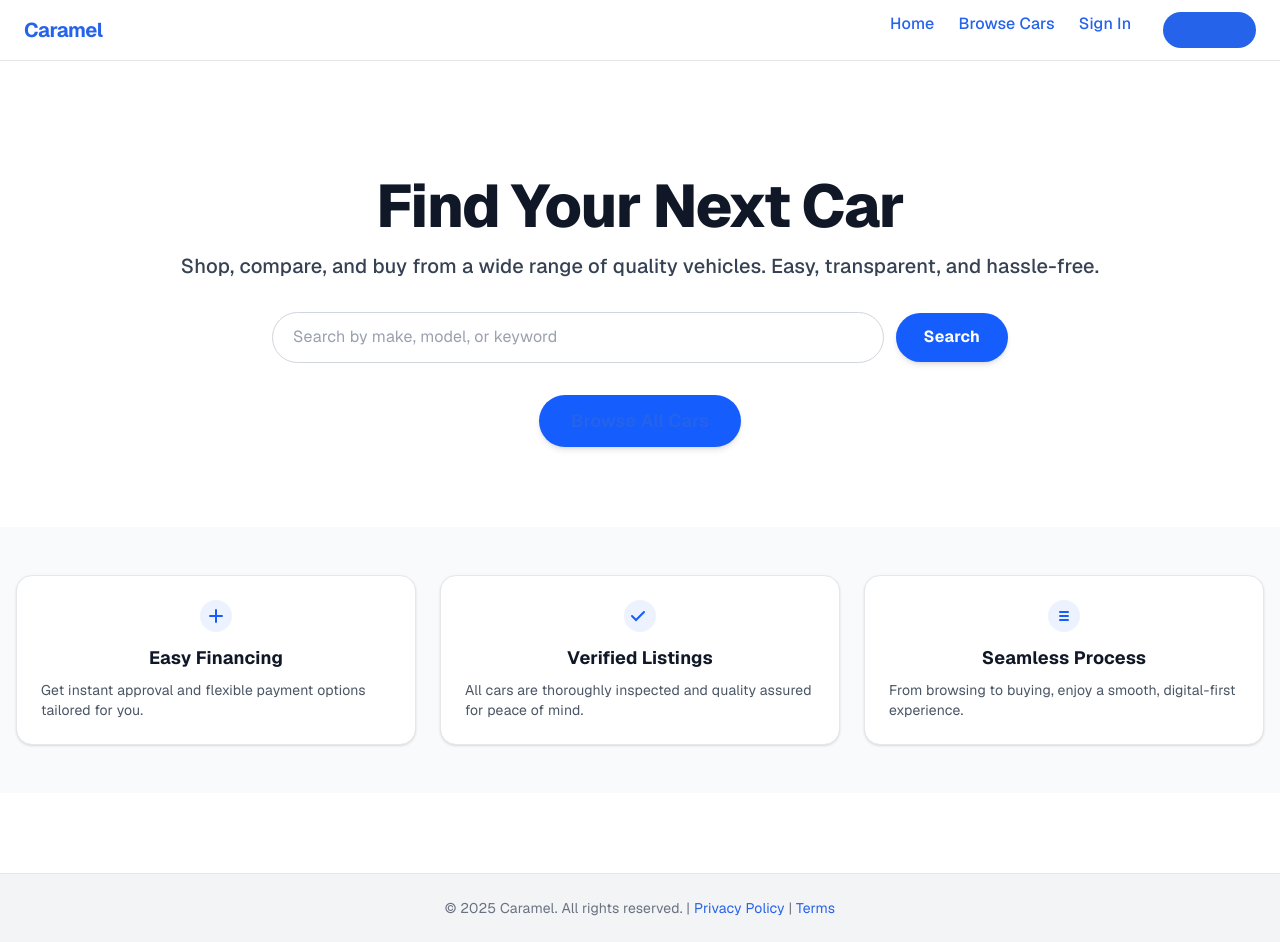
Repository: virat07/sellyourcar
Page: /
An editor plug-in stored every save of this project. The page is shown before and after a run of saves, followed by the edit.
The browser window is 1280 px wide. The pictures show the whole page.
The project was rebuilt for these pictures with package versions that can differ from the ones it lists, and the page was loaded fresh each time. The framework's server and built-in components were replaced by stand-ins that run in the browser. Also part of the build but not shown: next.config.ts.

Above is the page before, as saved 2025-07-18 15:32:14.

### src/app/layout.tsx
import type { Metadata } from "next";
import { Geist, Geist_Mono } from "next/font/google";
import "./globals.css";
import NavBar from "../components/NavBar";

const geistSans = Geist({
  variable: "--font-geist-sans",
  subsets: ["latin"],
});

const geistMono = Geist_Mono({
  variable: "--font-geist-mono",
  subsets: ["latin"],
});

export const metadata: Metadata = {
  title: "Create Next App",
  description: "Generated by create next app",
};

export default function RootLayout({
  children,
}: Readonly<{
  children: React.ReactNode;
}>) {
  return (
    <html lang="en">
      <body
        className={`${geistSans.variable} ${geistMono.variable} antialiased text-[var(--foreground)]`}
      >
        <NavBar />
        <div className="w-full px-0 pt-24 pb-12 min-h-[80vh]">
          {children}
        </div>
        <footer className="w-full bg-gray-100 border-t border-gray-200 py-6 mt-8">
          <div className="max-w-7xl mx-auto px-4 text-center text-gray-500 text-sm">
            &copy; {new Date().getFullYear()} Caramel. All rights reserved. | <a href="#" className="text-blue-600 hover:underline">Privacy Policy</a> | <a href="#" className="text-blue-600 hover:underline">Terms</a>
          </div>
        </footer>
      </body>
    </html>
  );
}

### src/app/page.tsx
import Link from "next/link";

export default function Home() {
  return (
    <main className=" bg-white">
      <div >
        <section className="w-full text-center py-20">
          <h1 className="text-5xl sm:text-6xl font-extrabold tracking-tight mb-4 text-gray-900">
            Find Your Next Car
          </h1>
          <p className="text-lg sm:text-xl text-gray-700 font-medium mb-8">
            Shop, compare, and buy from a wide range of quality vehicles. Easy, transparent, and hassle-free.
          </p>
          {/* Search Bar (not functional) */}
          <form className="w-full flex flex-col sm:flex-row items-center gap-3 mb-8 px-4 max-w-3xl mx-auto">
            <input
              type="text"
              placeholder="Search by make, model, or keyword"
              className="flex-1 px-5 py-3 rounded-full border border-gray-300 focus:border-blue-500 focus:ring-2 focus:ring-blue-200 outline-none text-lg bg-white text-gray-900 placeholder:text-gray-400"
              aria-label="Search cars"
            />
            <button
              type="submit"
              className="px-7 py-3 bg-blue-600 text-white font-bold rounded-full shadow-md hover:bg-blue-700 transition-all text-lg"
            >
              Search
            </button>
          </form>
          <Link
            href="/cars"
            className="inline-block px-8 py-3 bg-blue-600 text-white text-lg font-semibold rounded-full shadow-md hover:bg-blue-700 transition"
          >
            Browse All Cars
          </Link>
        </section>
      </div>
      <section className="w-full bg-gray-50 py-12">
        <div className="max-w-7xl mx-auto px-4 grid grid-cols-1 sm:grid-cols-3 gap-6">
          <div className="bg-white border border-gray-200 rounded-2xl p-6 shadow-sm flex flex-col items-center">
            <svg width="32" height="32" fill="none" className="mb-3 text-blue-600"><circle cx="16" cy="16" r="16" fill="currentColor" fillOpacity="0.08"/><path d="M10 16h12M16 10v12" stroke="currentColor" strokeWidth="2" strokeLinecap="round"/></svg>
            <h3 className="font-bold text-lg mb-2 text-gray-900">Easy Financing</h3>
            <p className="text-sm text-gray-600">Get instant approval and flexible payment options tailored for you.</p>
          </div>
          <div className="bg-white border border-gray-200 rounded-2xl p-6 shadow-sm flex flex-col items-center">
            <svg width="32" height="32" fill="none" className="mb-3 text-blue-600"><circle cx="16" cy="16" r="16" fill="currentColor" fillOpacity="0.08"/><path d="M8 16l4 4 8-8" stroke="currentColor" strokeWidth="2" strokeLinecap="round"/></svg>
            <h3 className="font-bold text-lg mb-2 text-gray-900">Verified Listings</h3>
            <p className="text-sm text-gray-600">All cars are thoroughly inspected and quality assured for peace of mind.</p>
          </div>
          <div className="bg-white border border-gray-200 rounded-2xl p-6 shadow-sm flex flex-col items-center">
            <svg width="32" height="32" fill="none" className="mb-3 text-blue-600"><circle cx="16" cy="16" r="16" fill="currentColor" fillOpacity="0.08"/><path d="M12 20h8M12 16h8M12 12h8" stroke="currentColor" strokeWidth="2" strokeLinecap="round"/></svg>
            <h3 className="font-bold text-lg mb-2 text-gray-900">Seamless Process</h3>
            <p className="text-sm text-gray-600">From browsing to buying, enjoy a smooth, digital-first experience.</p>
          </div>
        </div>
      </section>
    </main>
  );
}

### src/app/globals.css
@import "tailwindcss";

:root {
  --background: #fff;
  --foreground: #18181b;
  --accent: #2563eb;
  --border: #e5e7eb;
}

body {
  background: #fff;
  color: var(--foreground);
  font-family: var(--font-geist-sans, Arial, Helvetica, sans-serif);
  font-weight: 400;
  letter-spacing: 0.01em;
  line-height: 1.6;
  margin: 0;
  padding: 0;
}

* {
  box-sizing: border-box;
}

a {
  color: var(--accent);
  text-decoration: none;
  transition: color 0.2s;
}
a:hover {
  text-decoration: underline;
  color: #1d4ed8;
}

input, button, textarea, select {
  font-family: inherit;
  font-size: 1rem;
}

### src/components/NavBar.tsx
import Link from "next/link";

export default function NavBar() {
  return (
    <nav className="w-full bg-white border-b border-[var(--border)] py-3 px-6 flex items-center justify-between fixed top-0 left-0 z-50 shadow-none">
      <div className="text-xl font-bold tracking-tight text-[var(--accent)]">
        <Link href="/">Caramel</Link>
      </div>
      <div className="flex gap-6 text-base font-medium">
        <Link href="/" className="hover:text-[var(--accent)] transition-colors">Home</Link>
        <Link href="/cars" className="hover:text-[var(--accent)] transition-colors">Browse Cars</Link>
        <Link href="/auth/signin" className="hover:text-[var(--accent)] transition-colors">Sign In</Link>
        <Link href="/auth/signup" className="ml-2 px-4 py-1.5 bg-[var(--accent)] text-white rounded-full hover:bg-blue-700 transition-colors font-semibold">Sign Up</Link>
      </div>
    </nav>
  );
}

After the next 2 saves:
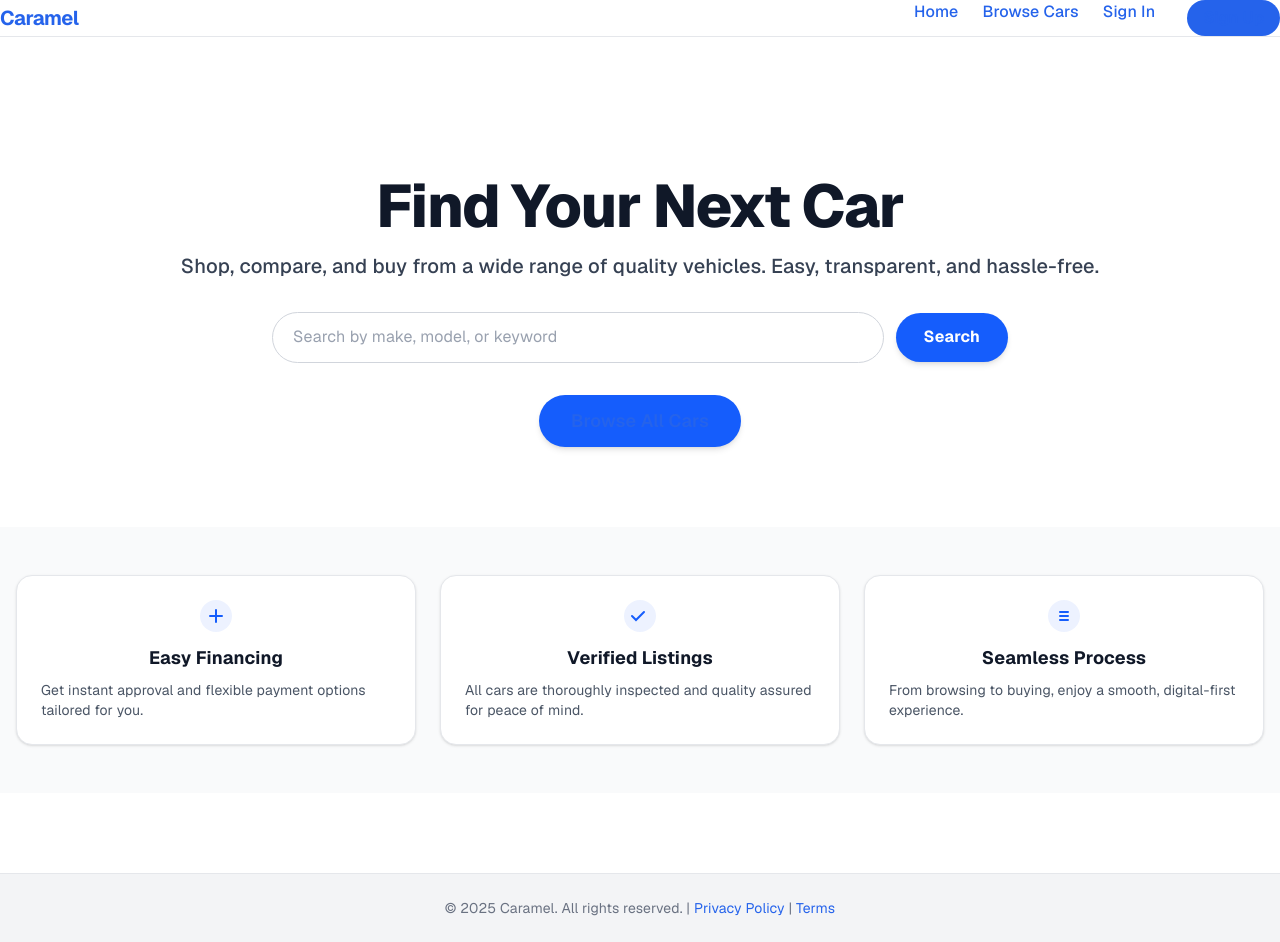
The 2 saves are shown as one change because they came seconds apart.
The last was saved 25 s later.
--- a/src/components/NavBar.tsx
+++ b/src/components/NavBar.tsx
@@ -2,7 +2,7 @@
 
 export default function NavBar() {
   return (
-    <nav className="w-full bg-white border-b border-[var(--border)] py-3 px-6 flex items-center justify-between fixed top-0 left-0 z-50 shadow-none">
+    <nav className="w-full bg-white border-b border-[var(--border)] flex items-center justify-between fixed top-0 left-0 z-50 shadow-none">
       <div className="text-xl font-bold tracking-tight text-[var(--accent)]">
         <Link href="/">Caramel</Link>
       </div>

After the save that followed:
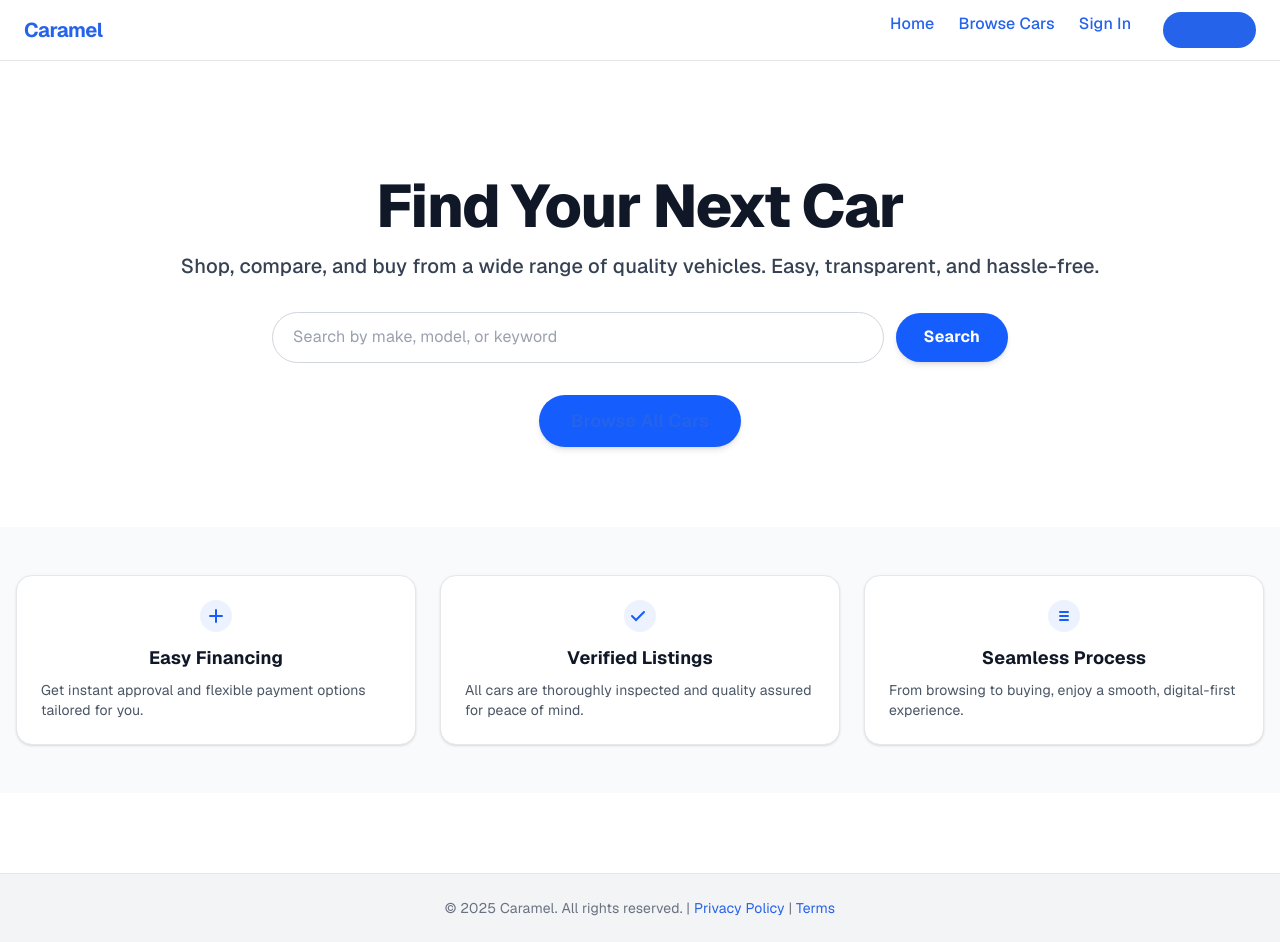
Saved 16 s later.
--- a/src/components/NavBar.tsx
+++ b/src/components/NavBar.tsx
@@ -2,7 +2,7 @@
 
 export default function NavBar() {
   return (
-    <nav className="w-full bg-white border-b border-[var(--border)] flex items-center justify-between fixed top-0 left-0 z-50 shadow-none">
+    <nav className="w-full bg-white border-b border-[var(--border)] py-3 px-6 flex items-center justify-between fixed top-0 left-0 z-50 shadow-none">
       <div className="text-xl font-bold tracking-tight text-[var(--accent)]">
         <Link href="/">Caramel</Link>
       </div>
